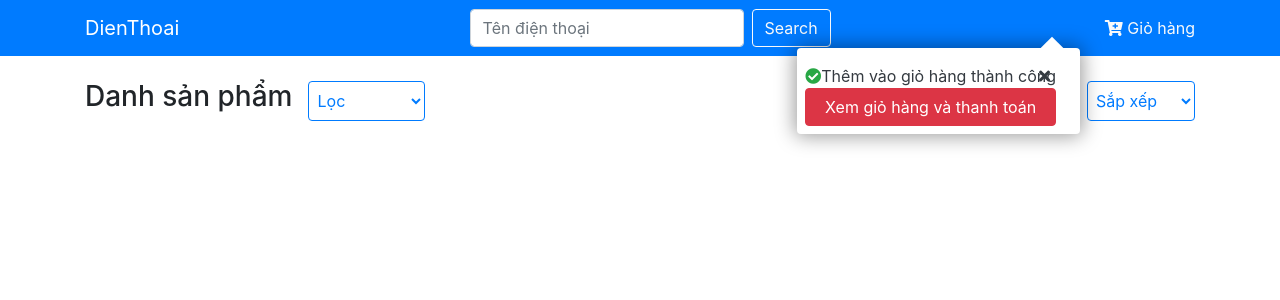
Repository: dovanthao2404/BC14_Bai_Tap_Ban_Dien_Thoai_dovanthao
Page: app/views/index.html
An editor plug-in stored every save of this project. The page is shown before and after the next save, followed by the edit.
The browser window is 1280 px wide. The pictures show the whole page.
Some web libraries are served in a nearby version. The style sheet was rebuilt from its Sass, Less or Tailwind sources for each picture, by a compiler version that may differ from the author's.

Above is the page before, as saved 2021-08-14 16:46:37.
Console error (its wording comes from the project's code and is left out).

After the next save:
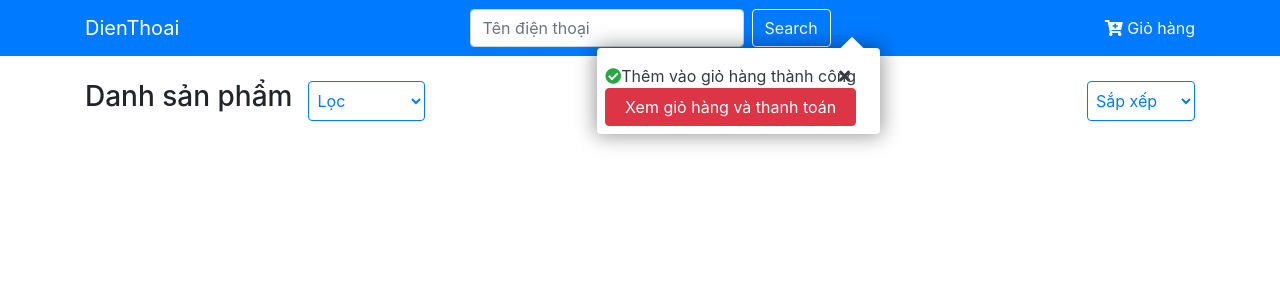
Saved 7 s later.
--- a/assets/scss/main.scss
+++ b/assets/scss/main.scss
@@ -23,7 +23,7 @@
 .notifiSuccess {
   position: absolute;
   top: 48px;
-  right: 200px;
+  right: 400px;
   box-shadow: 0 0 20px 2px rgba(0, 0, 0, 0.4);
   &:before {
     content: "";
